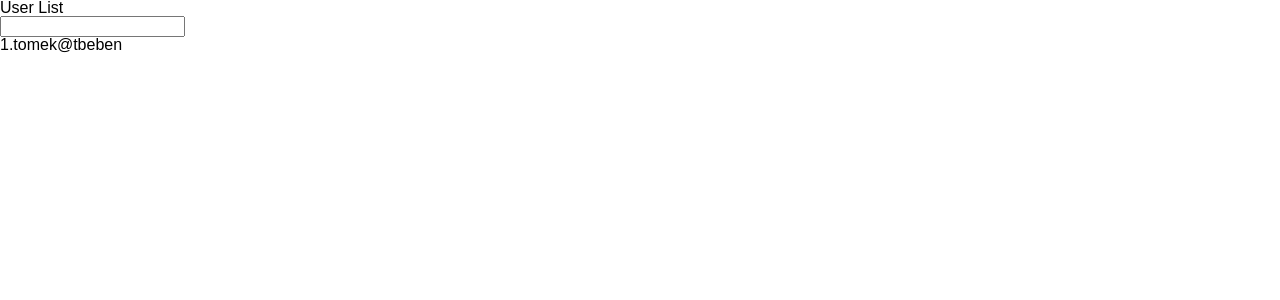
Repository: TomaszBeben/FirstTypescript
Page: /
An editor plug-in stored every save of this project. The page is shown before and after a run of saves, followed by the edit.
The browser window is 1280 px wide. The pictures show the whole page.
The page's requests for data from a server got no answer. The project was rebuilt for these pictures with package versions that can differ from the ones it lists, and the page was loaded fresh each time. No one was signed in, and anything a server would have sent is missing.

Above is the page before, as saved 2021-12-11 13:43:46.

### public/index.html
<!DOCTYPE html>
<html lang="en">

<head>
    <meta charset="utf-8" />
    <title>LeaoCode</title>
</head>

<body>
    <div id="root"></div>
</body>

</html>

### src/index.scss
@import './styles/reset.scss';
@import './styles/App.scss';

### src/App.tsx
import {FC, useState, useEffect, Dispatch } from 'react';

import axios from 'axios';
import Header from './components/header/Header';
import SearchBar from './components/searchBar/SearchBar';
import List from './components/list/List';

type mockApi = [
  {
      user: 'test1',
      userId: 1,
  },
  {
      user: 'test2',
      userId: 2,
  },
  {
      user: 'test3',
      userId: 3,
  },
  {
      user: 'test4',
      userId: 4,
  },
];

type ListComponentsProps = {
  users: mockApi
}

// import { fetchData } from './api/axios'

// type props = {
//   url: string;
//   setState?: Dispatch<React.SetStateAction<[{}]>>
// }

const App = () => {
  // const url: string = 'https://jsonplaceholder.typicode.com/users';
  useEffect(() => {
    const fetchData = async () => {
      axios({
        method: 'GET',
        url: 'https://jsonplaceholder.typicode.com/users',
      }).then(res => {
        console.log(res.data);
      }).catch(e => {
        console.error(e.message);
      })
    }
    fetchData()
  }, []);

  return (
    <div className='App'>
      <Header />
      <SearchBar />
      <List />
    </div>
  );
}

export default App;

### src/styles/reset.scss
html,
body,
div,
span,
applet,
object,
iframe,
h1,
h2,
h3,
h4,
h5,
h6,
p,
blockquote,
pre,
a,
abbr,
acronym,
address,
big,
cite,
code,
del,
dfn,
em,
img,
ins,
kbd,
q,
s,
samp,
small,
strike,
strong,
sub,
sup,
tt,
var,
b,
u,
i,
center,
dl,
dt,
dd,
ol,
ul,
li,
fieldset,
form,
label,
legend,
table,
caption,
tbody,
tfoot,
thead,
tr,
th,
td,
article,
aside,
canvas,
details,
embed,
figure,
figcaption,
footer,
header,
hgroup,
menu,
nav,
output,
ruby,
section,
summary,
time,
mark,
audio,
video {
    margin: 0;
    padding: 0;
    border: 0;
    font-size: 10px;
    font: inherit;
    vertical-align: baseline;
    font-family: 'Montserrat', sans-serif, 'Lucida Sans', 'Lucida Sans Regular', 'Lucida Grande', 'Lucida Sans Unicode', Geneva, Verdana, sans-serif
}

article,
aside,
details,
figcaption,
figure,
footer,
header,
hgroup,
menu,
nav,
section {
    display: block;
}

body {
    line-height: 1;
}

ol,
ul {
    list-style: none;
}

blockquote,
q {
    quotes: none;
}

blockquote {
    &:before,
    &:after {
        content: '';
        content: none;
    }
}

q {
    &:before,
    &:after {
        content: '';
        content: none;
    }
}

table {
    border-collapse: collapse;
    border-spacing: 0;
}

### src/styles/App.scss
body {
    width: 100vw;
    height: 100vh;
}

### src/components/header/Header.tsx
import React from 'react'

const Header = () => {
    return (
        <header>User List</header>
    )
}

export default Header

### src/components/searchBar/SearchBar.tsx
import React from 'react'

const SearchBar = () => {
    return (
        <input type="text" />
    )
}

export default SearchBar

### src/components/list/List.tsx
import React, { useState, useEffect } from 'react'
import axios from 'axios';

type Post = {
    id: number;
    name: String;
    username: String;
}

const defaultPosts: Post[] = [];

const List = () => {
    const [posts, setPosts]: [Post[], (posts: Post[]) => void] = useState(defaultPosts);
    // const [loading, setLoading]: [boolean, (loading: boolean) => void] = useState < boolean > (true);
    // const [error, setError]: [string, (error: string) => void] = useState("");
    return (
        <ul>
            <li style={{display: 'flex', flexDirection: 'row'}}>
                <p>1.</p>
                <h1>tomek</h1>
                <p>@tbeben</p>
            </li>
        </ul>
    )
};

export default List

Loaded but not shown: src/index.tsx (common file)

After the next 2 saves:
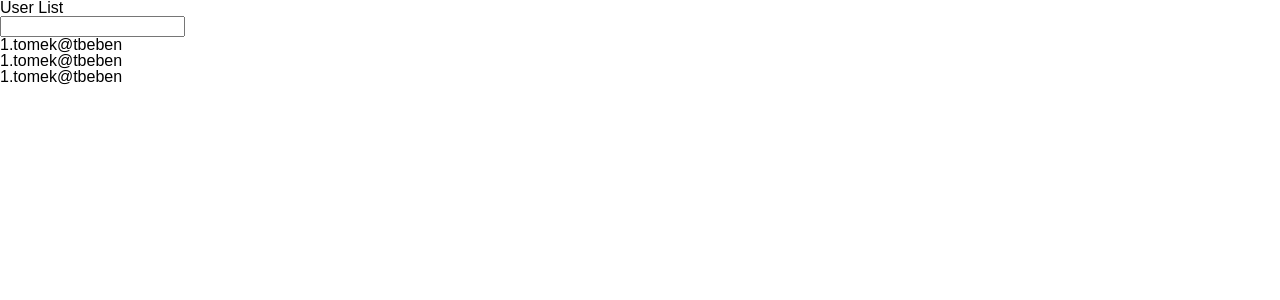
The 2 saves are shown as one change because 1 did not build or start.
The last was saved 17 s later.
--- a/src/components/list/List.tsx
+++ b/src/components/list/List.tsx
@@ -20,6 +20,16 @@ const List = () => {
                 <h1>tomek</h1>
                 <p>@tbeben</p>
             </li>
+            <li style={{display: 'flex', flexDirection: 'row'}}>
+                <p>1.</p>
+                <h1>tomek</h1>
+                <p>@tbeben</p>
+            </li>
+            <li style={{display: 'flex', flexDirection: 'row'}}>
+                <p>1.</p>
+                <h1>tomek</h1>
+                <p>@tbeben</p>
+            </li>
         </ul>
     )
 };
